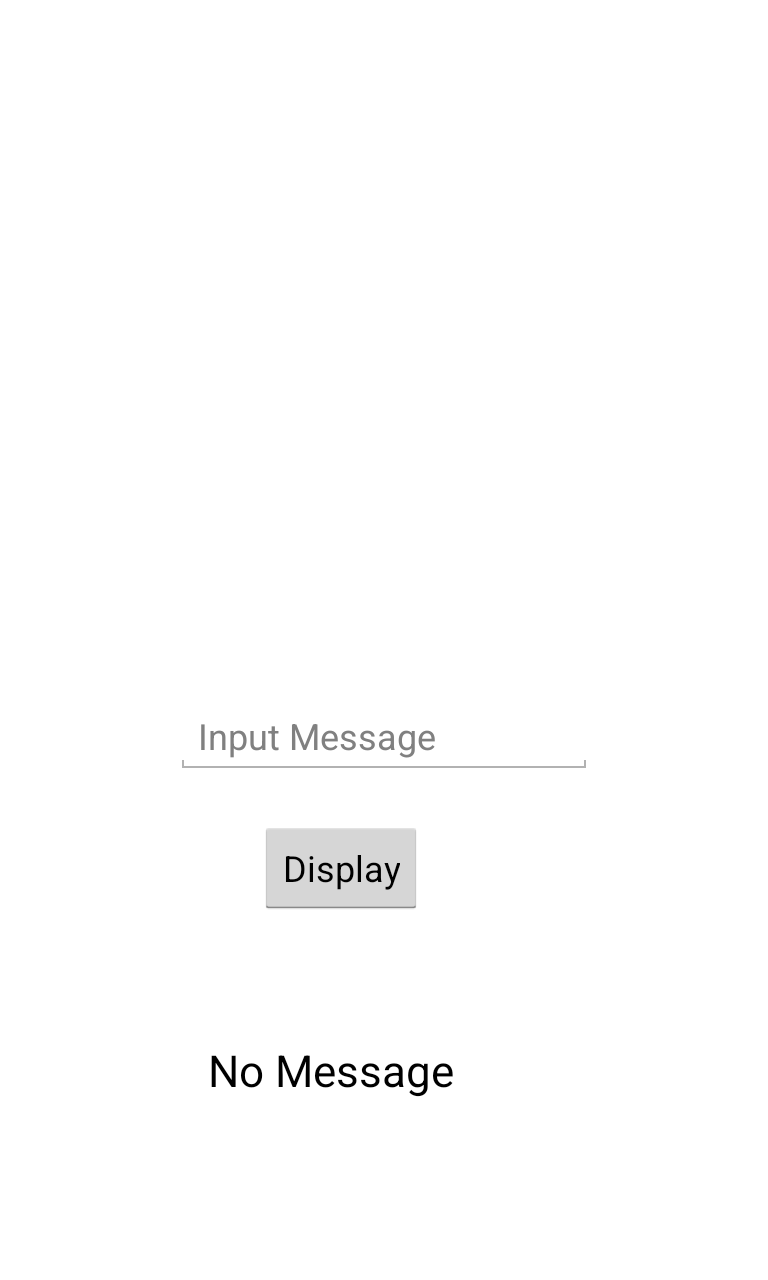
Repository: Mayappa/ANDROID-PROJ
Layout: ButtonView/res/layout/activity_main.xml
An editor plug-in stored every save of this project. The layout is shown before and after the next save, followed by the edit.
It is drawn on a 768 x 1280 px phone screen (xhdpi) without system bars, with theme AppTheme; the app's code is not run.

Above is the layout before, as saved 2015-11-09 02:48:00.

### ButtonView/res/layout/activity_main.xml
<RelativeLayout xmlns:android="http://schemas.android.com/apk/res/android"
    xmlns:tools="http://schemas.android.com/tools"
    android:layout_width="match_parent"
    android:layout_height="match_parent"
    android:paddingBottom="@dimen/activity_vertical_margin"
    android:paddingLeft="@dimen/activity_horizontal_margin"
    android:paddingRight="@dimen/activity_horizontal_margin"
    android:paddingTop="@dimen/activity_vertical_margin"
    tools:context=".MainActivity" >

    <EditText
        android:id="@+id/editTextinput"
        android:layout_width="wrap_content"
        android:layout_height="wrap_content"
        android:layout_alignBottom="@+id/buttondisplay"
        android:layout_centerHorizontal="true"
        android:layout_marginBottom="70dp"
        android:ems="10"
        android:hint="Input Message" />

    <TextView
        android:id="@+id/textViewoutput"
        android:layout_width="wrap_content"
        android:layout_height="wrap_content"
        android:layout_alignLeft="@+id/editTextinput"
        android:layout_below="@+id/editTextinput"
        android:layout_marginLeft="17dp"
        android:layout_marginTop="62dp"
        android:text="No Message"
        android:textAppearance="?android:attr/textAppearanceLarge" />

    <Button
        android:id="@+id/buttondisplay"
        android:layout_width="wrap_content"
        android:layout_height="wrap_content"
        android:layout_alignParentBottom="true"
        android:layout_alignRight="@+id/textViewoutput"
        android:layout_marginBottom="166dp"
        android:layout_marginRight="15dp"
        android:onClick="displaymessage"
        android:text="Display" />

</RelativeLayout>

Loaded but not shown: ButtonView/res/values/styles.xml (common file); ButtonView/res/values-v11/styles.xml (common file); ButtonView/res/values-v14/styles.xml (common file); ButtonView/res/values/dimens.xml (common file)

After the next save:
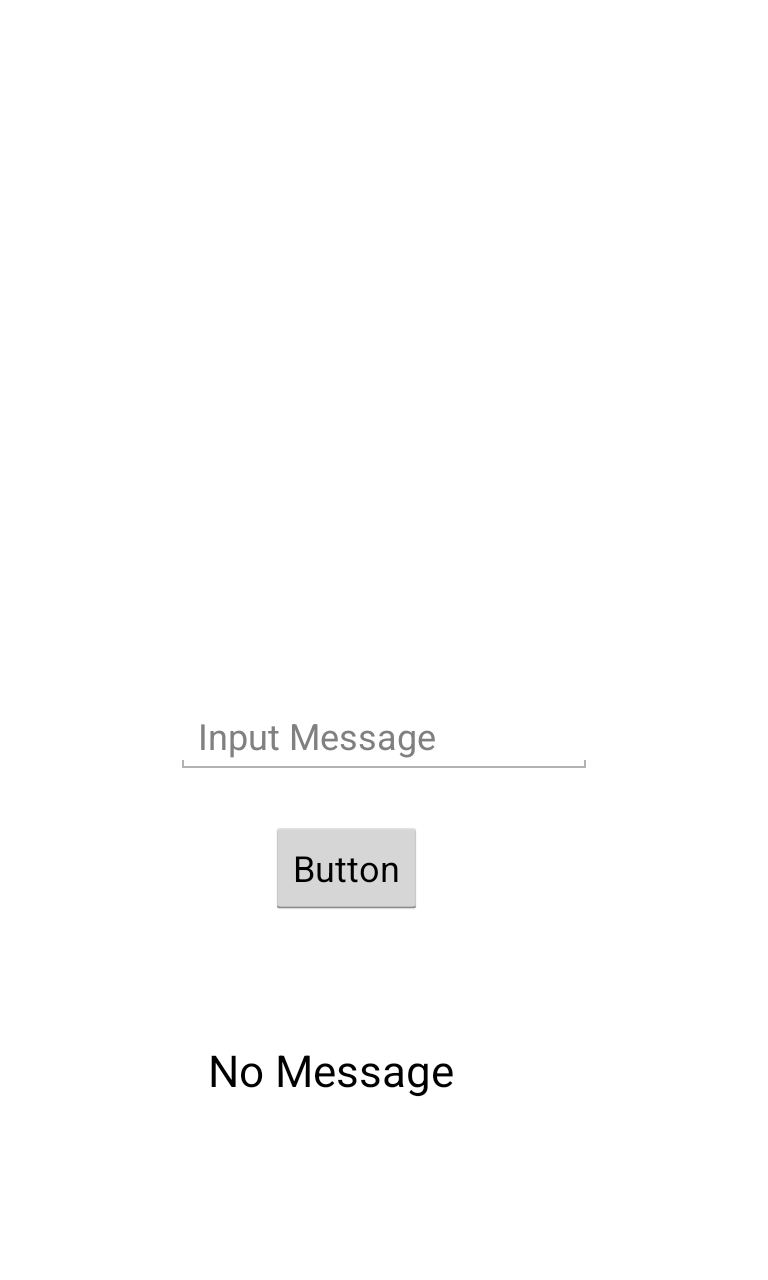
Saved 103 s later.
--- a/ButtonView/res/layout/activity_main.xml
+++ b/ButtonView/res/layout/activity_main.xml
@@ -38,6 +38,6 @@
         android:layout_marginBottom="166dp"
         android:layout_marginRight="15dp"
         android:onClick="displaymessage"
-        android:text="Display" />
+        android:text="Button" />
 
 </RelativeLayout>
